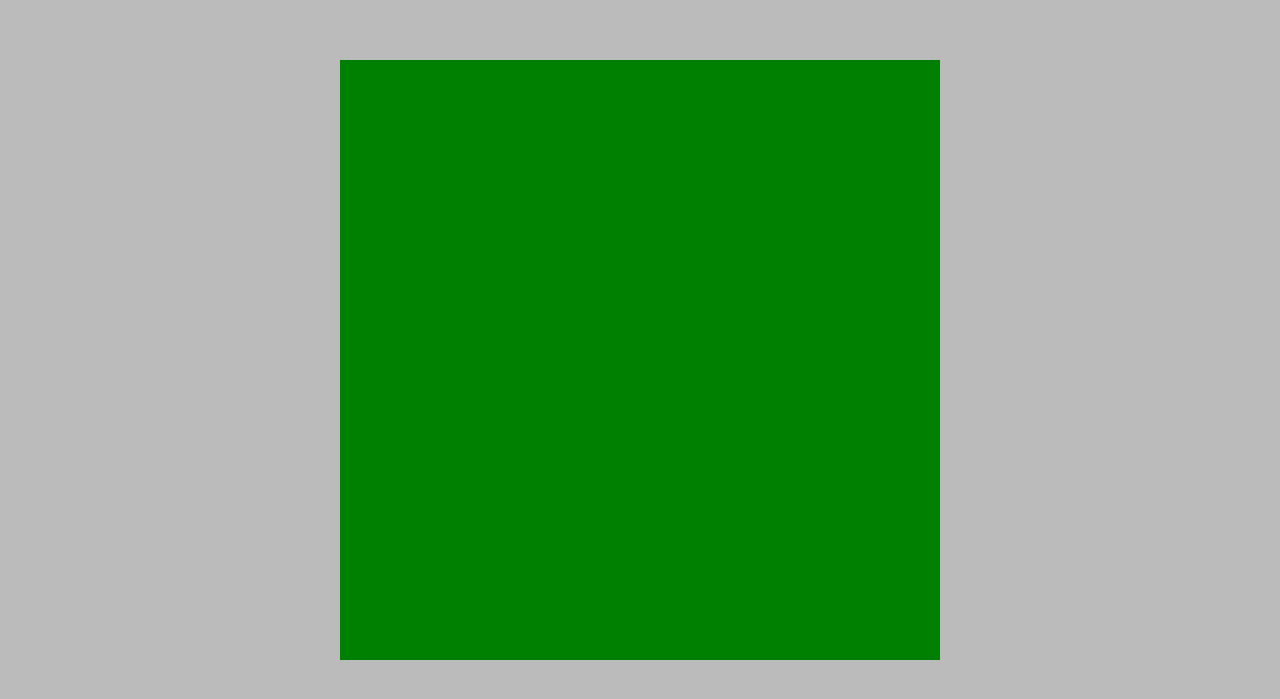
Repository: Hcmwebs/jsInbuiltMethod
Page: tic-tac-toe/index.html
These files come from the project's save history. The page is drawn as it stood at one moment and after the next save; the edit follows.
The browser window is 1280 px wide. The pictures show the whole page.

Above is the page before, as saved 2020-11-20 15:50:53.

After the next save:
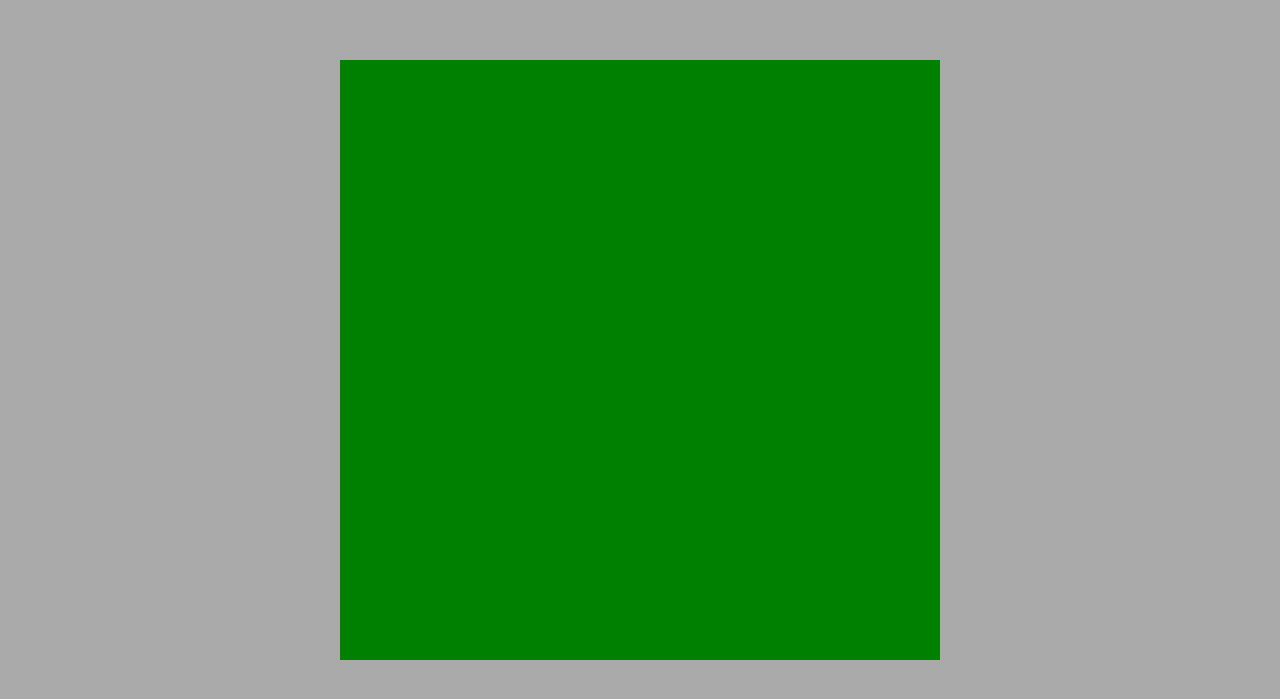
Saved 11 s later.
--- a/tic-tac-toe/style.css
+++ b/tic-tac-toe/style.css
@@ -7,7 +7,7 @@ body{
   box-sizing: border-box;
   display: grid;
   place-items: center;
-  background-color: #bbb;
+  background-color: #aaa;
 }
 
 
